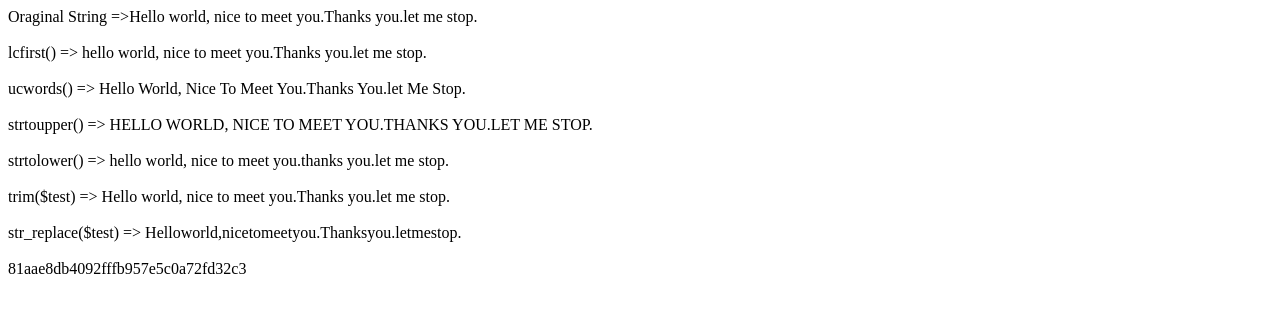
Repository: zinminkhantoo/assignment01
Page: http://localhost/String/printf_fprintf.php
These files come from the project's save history. The page is drawn as it stood at one moment and after the next save; the edit follows.
The browser window is 1280 px wide. The pictures show the whole page.
The page is run by PHP 8.4 with error messages shown; the project is at /var/www/html/.

Above is the page before, as saved 2020-04-12 10:38:55.

### Test/String/printf_fprintf.php
<?php
    $test = "Hello world, nice to meet you.Thanks you.let me stop. ";
    $enter = "</br></br>";
    echo "Oraginal String =>".$test.$enter;
    echo "lcfirst() => ".lcfirst($test).$enter;
    echo "ucwords() => " .ucwords($test).$enter;
    echo "strtoupper() => ".strtoupper($test).$enter;
    echo "strtolower() => ".strtolower($test).$enter;
    echo 'trim($test) => '.trim($test," ").$enter;
    echo 'str_replace($test) => '.str_replace(" ", "", $test).$enter;

    //==================================================================

    $password = "abcdefg1212112";
    echo md5($password);

?>

After the next save:
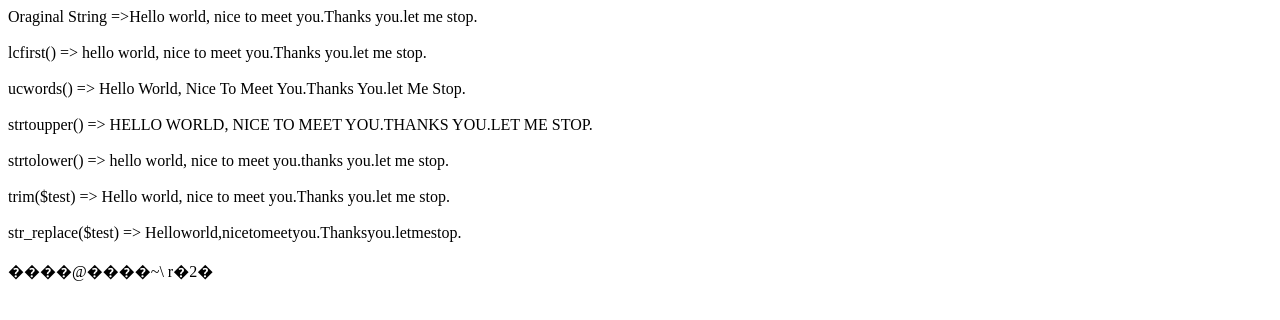
Saved 34 s later.
--- a/Test/String/printf_fprintf.php
+++ b/Test/String/printf_fprintf.php
@@ -12,6 +12,6 @@
     //==================================================================
 
     $password = "abcdefg1212112";
-    echo md5($password);
+    echo md5($password,true);
 
 ?>

After the save that followed:
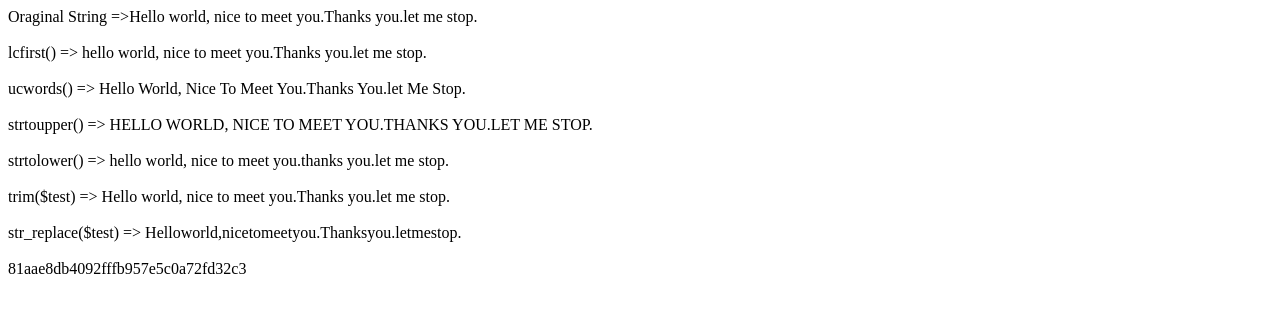
Saved 9 s later.
--- a/Test/String/printf_fprintf.php
+++ b/Test/String/printf_fprintf.php
@@ -12,6 +12,6 @@
     //==================================================================
 
     $password = "abcdefg1212112";
-    echo md5($password,true);
+    echo md5($password,false);
 
 ?>
